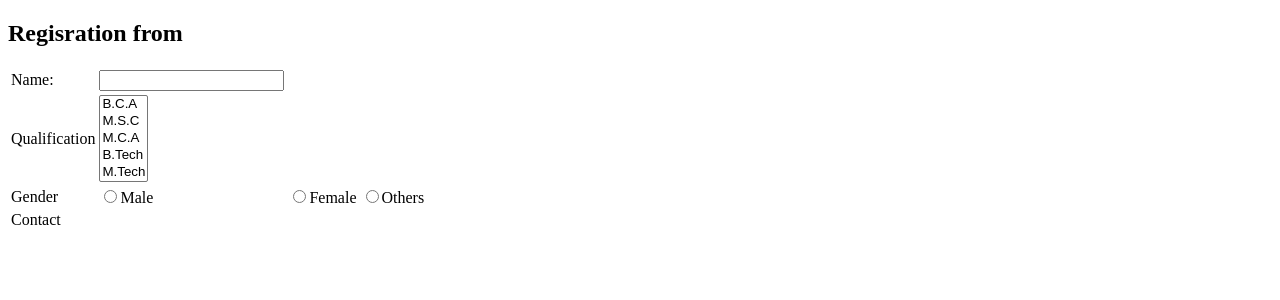
Repository: veeresh-kc/Servlet-Projects
Page: Servelet-Project-Demo2/src/main/webapp/html/index.html
The author's editor kept a copy of each file at every save. The page is drawn from the files as they stood at one save, then again after a run of saves.
The browser window is 1280 px wide. The pictures show the whole page.

Above is the page before, as saved 2025-10-28 02:49:27.

### Servelet-Project-Demo2/src/main/webapp/html/index.html
<!DOCTYPE html>
<html>
<head>
<meta charset="ISO-8859-1">
<title>Regisration from</title>
</head>
<body>
<h2>Regisration from</h2>
<form action="" method="post">
<table>
	<tr>
	<td>Name:</td>
	<td><input type="text" name="participantName"></td>
	</tr>
	<tr>
	<td>Qualification</td>
	<td><select size="5" name="qualification">
	<option value="BCA">B.C.A</option>
	<option value="MSC">M.S.C</option>
	<option value="MCA">M.C.A</option>
	<option value="BTch">B.Tech</option>
	<option value="MTech">M.Tech</option>
	</select></td>
	</tr>
	<tr>
	<td>Gender</td>
	<td><input type="radio" name="gender">Male</td>
	<td><input type="radio" name="gender">Female</td>
	<td><input type="radio" name="gender">Others</td>
	</tr>
	<tr>
	<td>Contact</td>
	</tr>


</table>




</form>
</body>
</html>

After the next 2 saves:
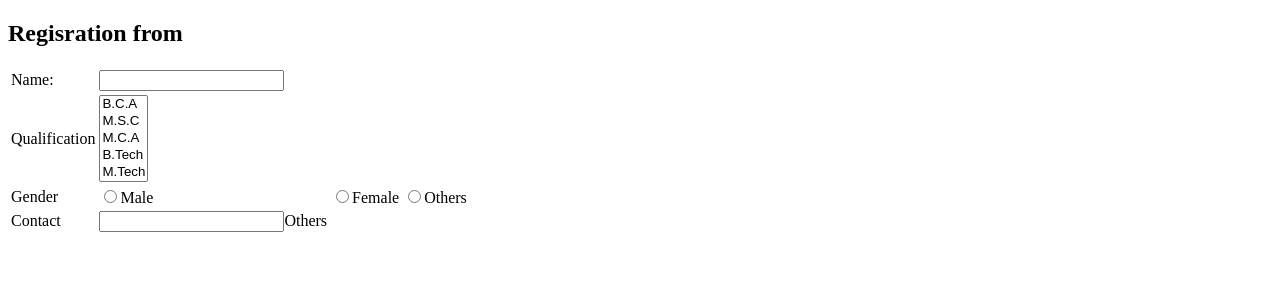
The 2 saves are shown as one change because they came seconds apart.
The last was saved 21 s later.
--- a/Servelet-Project-Demo2/src/main/webapp/html/index.html
+++ b/Servelet-Project-Demo2/src/main/webapp/html/index.html
@@ -30,6 +30,7 @@
 	</tr>
 	<tr>
 	<td>Contact</td>
+	<td><input type="text" name="contact">Others</td>
 	</tr>
 
 
